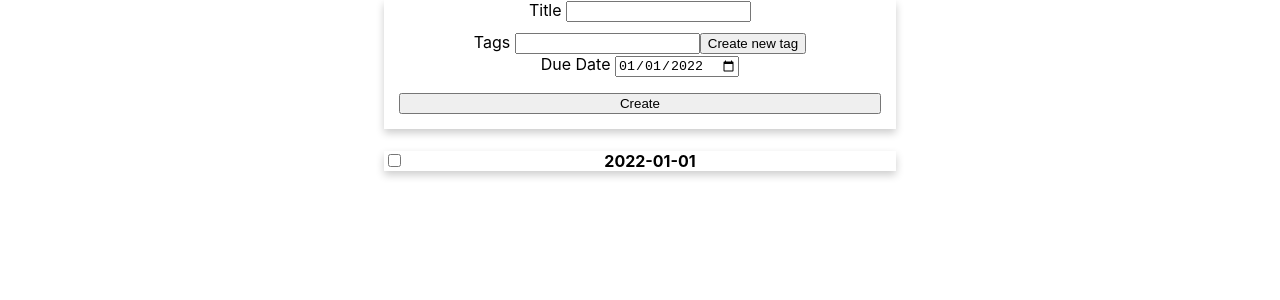
Repository: sanjayMamidipaka/reactappbits
Page: /, after clicking the first element matching `div.submitButton > button`
The author's editor kept a copy of each file at every save. The page is drawn from the files as they stood at one save, then again after the next save.
The browser window is 1280 px wide. The pictures show the whole page.
The project was rebuilt for these pictures with package versions that can differ from the ones it lists, and the page was loaded fresh each time. Also part of the build but not shown: src/components/Tag.css, src/components/Tag.tsx.

Above is the page before, as saved 2022-01-18 18:02:35.

### src/App.tsx
import logo from './logo.svg';
import './App.css';
import TodoList from './components/TodoList';

function App() {
  return (
    <div className="App">
      <TodoList/>
    </div>
  );
}

export default App;

### src/components/TodoList.tsx
import React, { EventHandler } from 'react'
import './TodoList.css'
import { useState } from 'react'
import Tag from './Tag'
import TodoItem from './TodoItem'
/**
 * Thank you for applying to Bits of Good. You are free to add/delete/modify any
 * parts of this project. That includes changing the types.ts, creating css files,
 * modifying import statements, using contexts, etc. We do recommend to keep it simple.
 * You will not be judged based on complexity. We also recommend using
 * multiple components instead of coding everything on this file :)
 *
 * Have fun! Please reach out to hello@bitsofgood.org or wkim330@gatech.edu if you
 * have any questions!
 *
 * Bits of Good Engineering Team
 *
 */
// TODO: Start coding from here

// Here's a baseline todo item type.
// Feel free to extend or create your own interface!

export default function TodoList() {
  const [title, setTitle] = useState('');
  const [tagValue, setTagValue] = useState('');
  const [index, setIndex] = useState(0);
  const [date, setDate] = useState('2022-01-01');
  const completedItems: any[] = [];
  const [todoListCompletedItems, setTodoListCompletedItems] = useState(completedItems);

  const [tagArray, setTagArray] = useState<{name1: string, index1: number}[]>([]);

    const addNewTag = (e: React.MouseEvent<HTMLButtonElement>) => {
      e.preventDefault();
      if (tagValue !== "") {
        setTagArray((tagArray: {name1: string, index1: number}[]) => {
          return [...tagArray, {name1: tagValue, index1: index}];
        });
      }
      setIndex(index + 1);
      setTagValue('');

    }

    const removeElement = (index: number) => {
      setTagArray((tagArray)=>{
        let newTagArray = tagArray.filter((tagObject) => tagObject.index1 !== index);

        return newTagArray;
      })
      console.log(tagArray);

    }

    const handleSubmit = (e: React.MouseEvent<HTMLButtonElement>) => {
      const itemToAdd: any = {
      title: title,
      dueDate: date,
      tagList: tagArray,
      completed: false,
      idx: new Date().getTime().toString()
    }
    setTitle('');
    setTodoListCompletedItems([...todoListCompletedItems, itemToAdd]);
    setTagArray([]);
    }
  return (
    <div>
  <div className="card">
    <label htmlFor="nameLabel">Title </label>
        <input
          type="text"
          value={title}
          onChange={(e) => setTitle(e.target.value)}
        />
        <div style={{padding: '5px'}}></div>

        <label htmlFor="tagLabel">Tags </label>
        <input
          type="text"
          value={tagValue}
          onChange={(e) => setTagValue(e.target.value)}
        />
        <button type="submit" onClick={addNewTag}>
          Create new tag
        </button>

        <div>
          {tagArray.map((tagObject: {name1: string, index1: number}) => {
            return <Tag name={tagObject.name1} key={tagObject.index1} theIndex={tagObject.index1} remove={removeElement} include={"x"}></Tag>
          })}
        </div>

        <label htmlFor="dueDateLabel">Due Date </label>
        <input
          type="date"
          value={date}
          onChange={(e) => setDate(e.target.value)}
        />

        <div style={{padding: '15px'}} className = 'submitButton'>
          <button style ={{width: '100%'}} type='submit' onClick={handleSubmit}>Create</button>
        </div>

</div>

      <div>
          {todoListCompletedItems.map((todoListItem) => {
            return <TodoItem todoListItem={todoListItem} key={todoListItem.idx} index={todoListItem.idx}></TodoItem>
          })}
        </div>

        </div>
  )
}

### src/components/TodoList.css
.card {
  /* Add shadows to create the "card" effect */
  box-shadow: 0 4px 8px 0 rgba(0,0,0,0.2);
  transition: 0.3s;
  width: 40%;
  margin: 0 auto;
}

/* On mouse-over, add a deeper shadow */
.card:hover {
  box-shadow: 0 8px 16px 0 rgba(0,0,0,0.2);
}

/* Add some padding inside the card container */
.container {
  padding: 2px 16px;
}

### src/components/TodoItem.tsx
import React, { EventHandler } from 'react'
import Tag from './Tag';

export default function TodoItem({todoListItem, index}: {todoListItem: any, index: string}) {
    const {title, dueDate, tagList, completed} = todoListItem;

    return (
        <div className="card">
            <input type="checkbox" style={{float: "left"}} />
            <h1 className="parent">{title}</h1>
            <h4 className="child">{dueDate}</h4>
            {tagList.map((tagObject: {name1: string, index1: number}, index: number) => {
                return <Tag name={tagObject.name1} key={tagObject.index1} theIndex={tagObject.index1} remove={()=>{}} include={""}></Tag>
            })}
        </div>
    )
}

Loaded but not shown: public/index.html (common file); src/index.tsx (common file); src/index.css (common file); src/reportWebVitals.js (common file); src/App.css (common file)

After the next save:
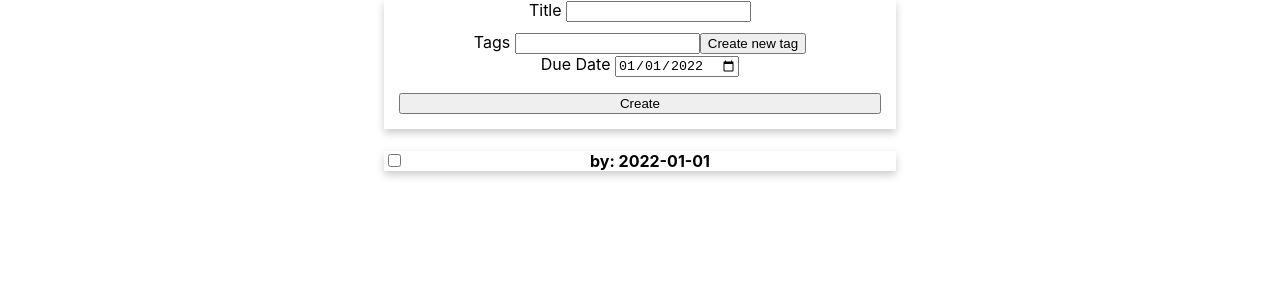
Saved 47 s later.
--- a/src/components/TodoItem.tsx
+++ b/src/components/TodoItem.tsx
@@ -8,7 +8,7 @@ export default function TodoItem({todoListItem, index}: {todoListItem: any, inde
         <div className="card">
             <input type="checkbox" style={{float: "left"}} />
             <h1 className="parent">{title}</h1>
-            <h4 className="child">{dueDate}</h4>
+            <h4 className="child">by: {dueDate}</h4>
             {tagList.map((tagObject: {name1: string, index1: number}, index: number) => {
                 return <Tag name={tagObject.name1} key={tagObject.index1} theIndex={tagObject.index1} remove={()=>{}} include={""}></Tag>
             })}
